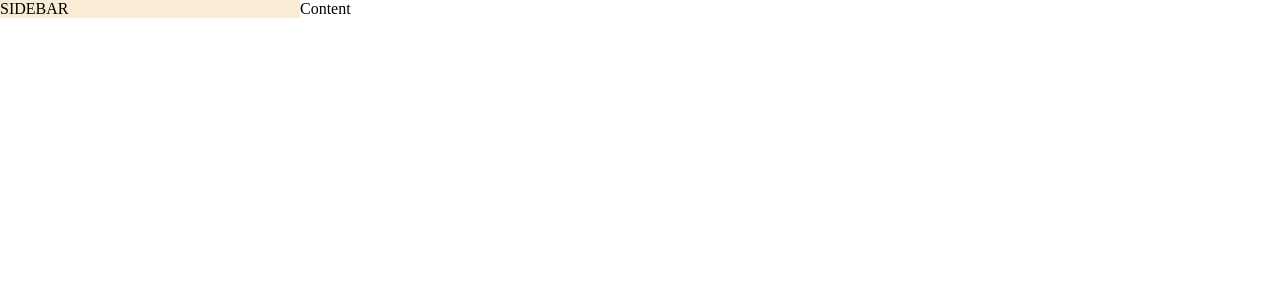
Repository: Huy48552/Grid-base
Page: layout2.html
An editor plug-in stored every save of this project. The page is shown before and after the next save, followed by the edit.
The browser window is 1280 px wide. The pictures show the whole page.

Above is the page before, as saved 2021-08-23 15:48:05.

After the next save:
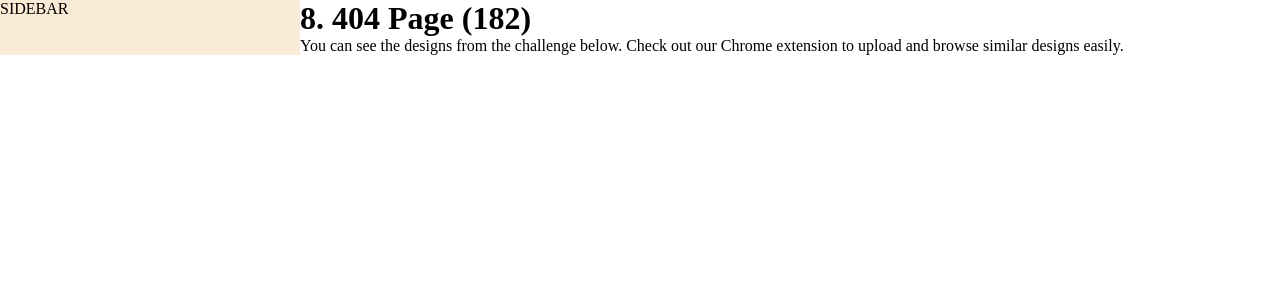
Saved 118 s later.
--- a/layout2.html
+++ b/layout2.html
@@ -13,7 +13,8 @@
         <div class="sidebar">SIDEBAR</div>
 
         <div class="content">
-            Content
+           <h1>8. 404 Page (182)</h1>
+           <p>You can see the designs from the challenge below. Check out our Chrome extension to upload and browse similar designs easily.</p>
         </div>
     </div>
 </body>
